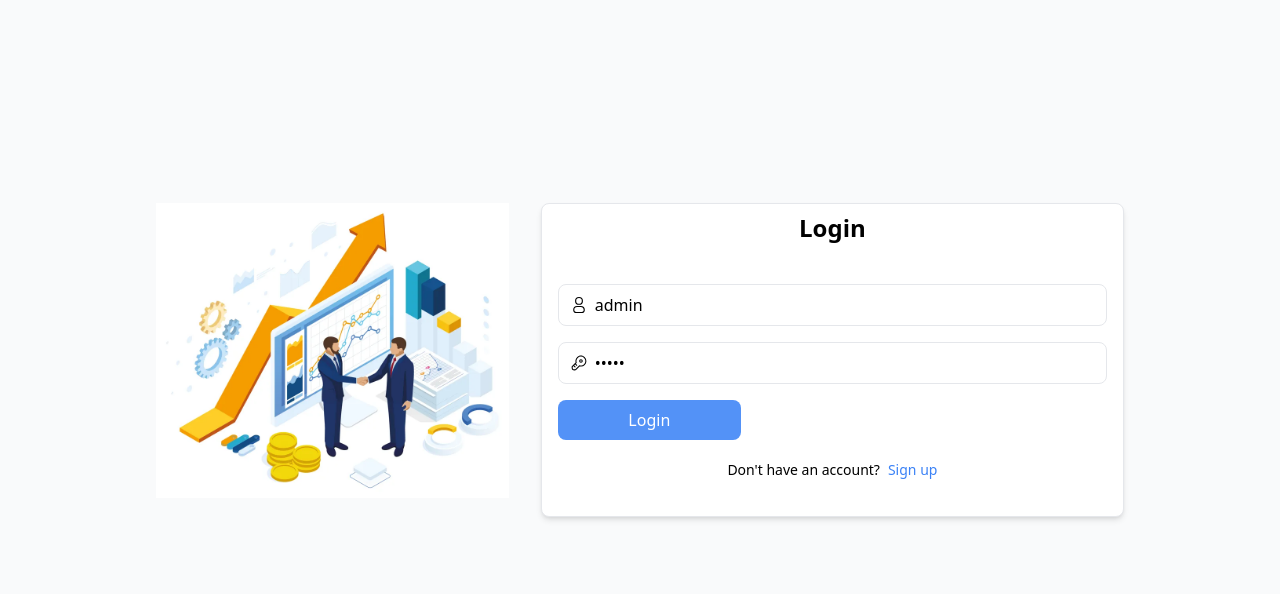
Repository: Fortivera/yourestate
Page: /
An editor plug-in stored every save of this project. The page is shown before and after the next save, followed by the edit.
The browser window is 1280 px wide. The pictures show the whole page.
The project was rebuilt for these pictures with package versions that can differ from the ones it lists, and the page was loaded fresh each time. The framework's server and built-in components were replaced by stand-ins that run in the browser. Also part of the build but not shown: next.config.js.

Above is the page before, as saved 2023-11-04 13:53:17.

After the next save:
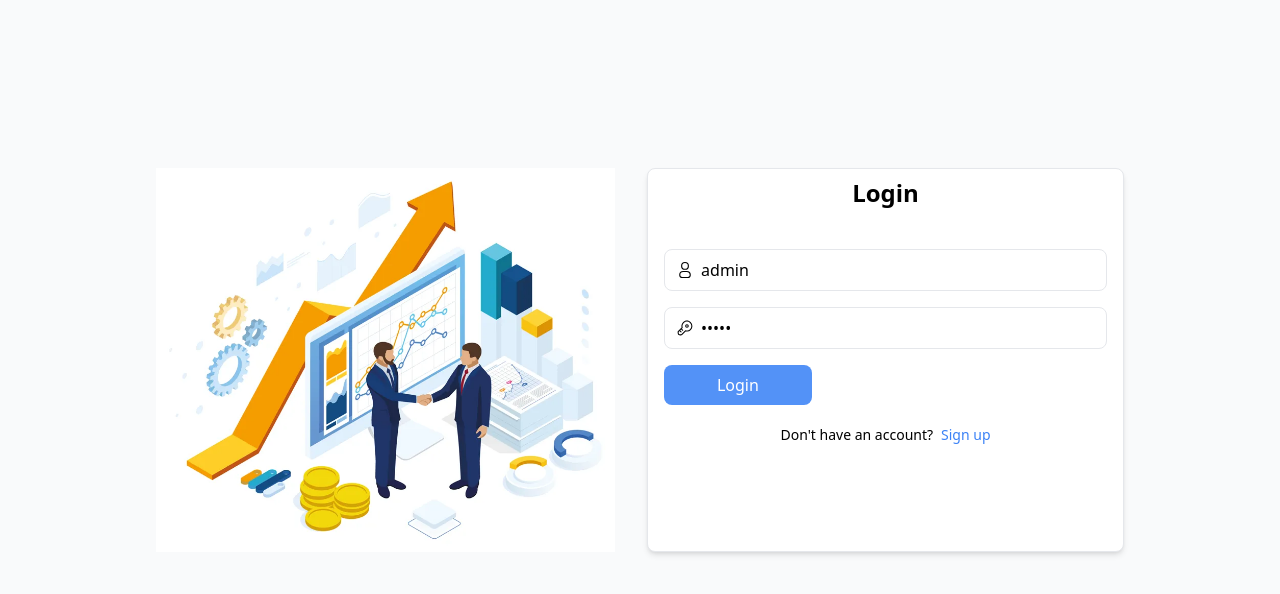
Saved 24 s later.
--- a/src/app/page.tsx
+++ b/src/app/page.tsx
@@ -8,7 +8,7 @@ export default function Login() {
   return (
     <div className="min-h-screen bg-gray-50 flex items-center justify-center">
       <div className="w-full px-4 py-10 tablet:w-[540px] laptop:w-[1000px] laptop:flex laptop:flex-row laptop:space-x-8">
-        <figure className="laptop:w-[600px] tablet:w-full">
+        <figure className="laptop:w-full tablet:w-full">
           <Image src={growthVisual} alt="login page picture" layout="responsive" className="w-full" />
         </figure>
         <div className="w-full px-4 pb-8 pt-2 bg-white border rounded-lg shadow-md">
